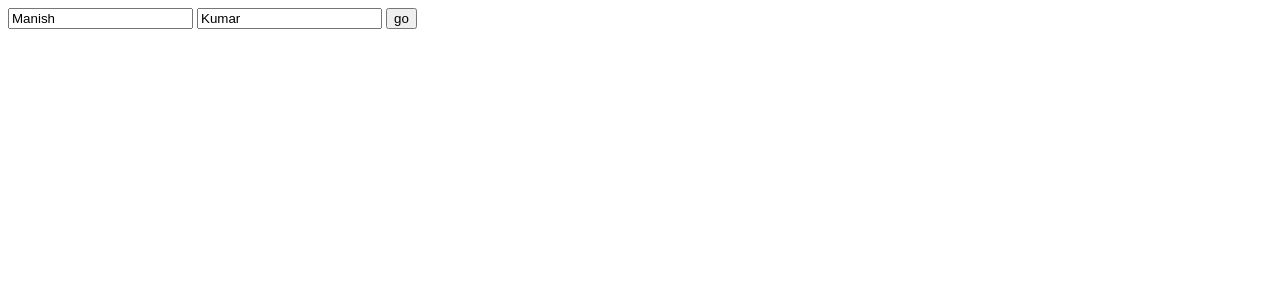
Repository: manishkaushik518/SystemBackup
Page: LostAndFound/WebContent/Homepage.html
These files come from the project's save history. The page is drawn as it stood at one moment and after the next save; the edit follows.
The browser window is 1280 px wide. The pictures show the whole page.

Above is the page before, as saved 2018-09-18 18:18:45.

### LostAndFound/WebContent/Homepage.html
<!DOCTYPE html>
<html>
<head>
<meta charset="ISO-8859-1">
<title>Insert title here</title>
</head>
<body>
<form action="welcome.jsp">
<input type="text" name="uname" value="Manish">
<input type="text" name="lastname" value="Kumar">
<input type="submit" value="go">
</form>
</body>
</html>

After the next save:
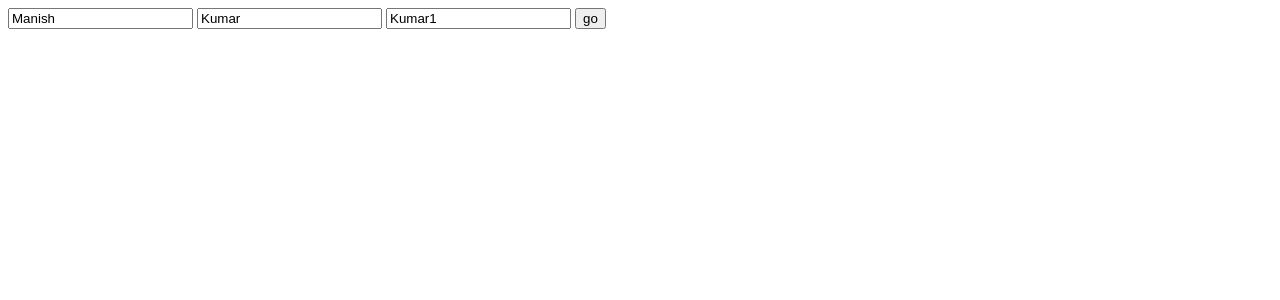
Saved 28 s later.
--- a/LostAndFound/WebContent/Homepage.html
+++ b/LostAndFound/WebContent/Homepage.html
@@ -8,6 +8,7 @@
 <form action="welcome.jsp">
 <input type="text" name="uname" value="Manish">
 <input type="text" name="lastname" value="Kumar">
+<input type="text" name="lastname1" value="Kumar1">
 <input type="submit" value="go">
 </form>
 </body>
